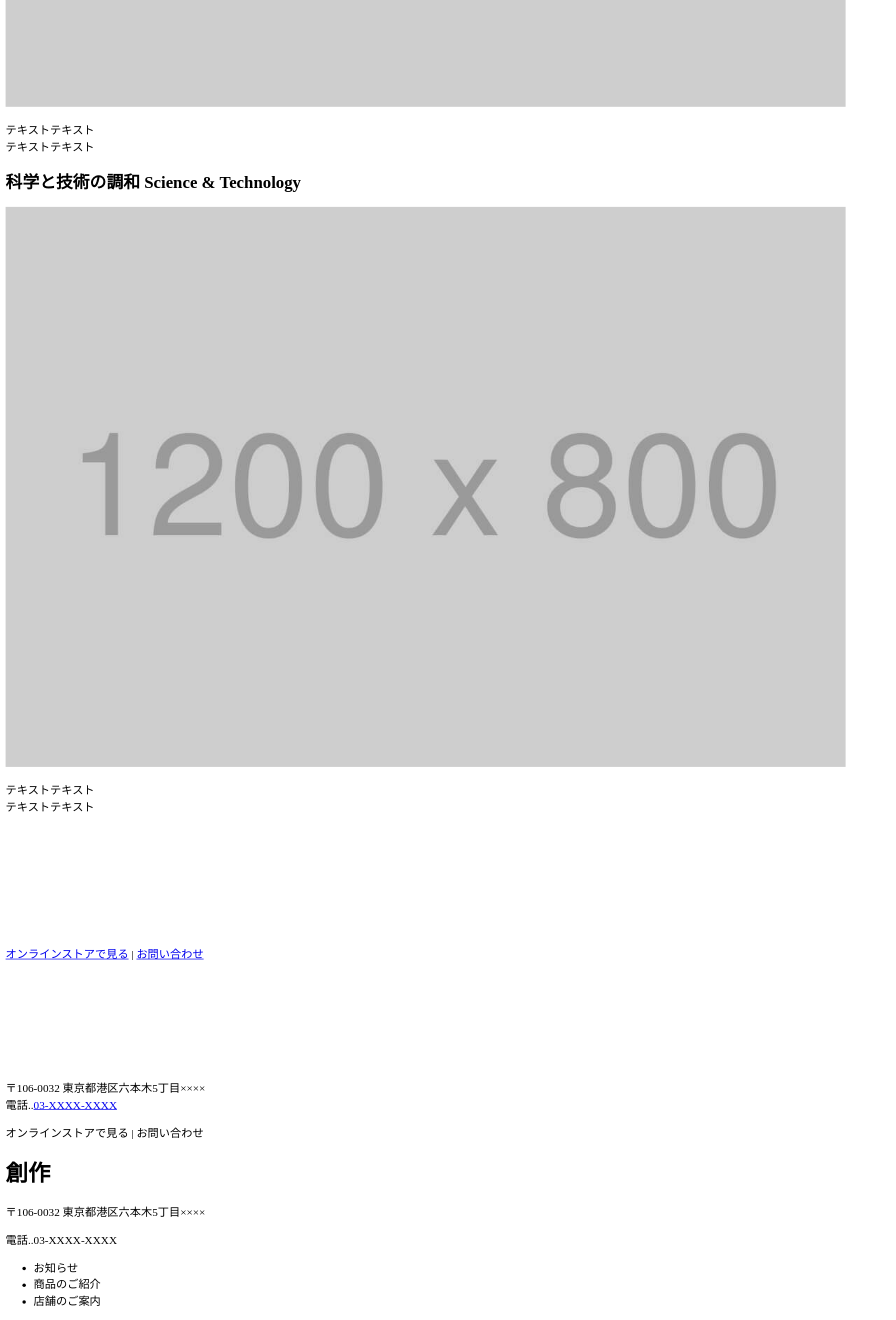
Repository: Fuki-san/wagashi
Page: http://localhost/wagashi
These files come from the project's save history. The page is drawn as it stood at one moment and after the next save; the edit follows.
The browser window is 1280 px wide. The pictures show the part of the page from y = 1301 to 3221 px (the page is 3187 px tall before and 3221 px after), at 70% of full size.
The page is served by the project's Laravel application, run on PHP 8.4 with Laravel 10. Other server files are loaded and not shown.

Above is the page before, as saved 2023-12-02 19:05:11.

### routes/web.php
<?php

use Illuminate\Support\Facades\Route;
use Spatie\FlareClient\View;

/*
|--------------------------------------------------------------------------
| Web Routes
|--------------------------------------------------------------------------
|
| Here is where you can register web routes for your application. These
| routes are loaded by the RouteServiceProvider and all of them will
| be assigned to the "web" middleware group. Make something great!
|
*/

Route::get('/', function () {
    return view('welcome');
});

Route::get('wagashi', function() {
    return View('wagashi');
})->name('wagashi');

### resources/views/wagashi.blade.php
@extends('layouts.main')

@section('title', 'wagashi')

@section('content')
    <header id="header">
        <h1 class="site-title"><a href="#"><img src="img/logo.svg" alt=""></a></h1>
        <nav id="nav">
            <ul>
                <li><a href="#news">お知らせ</a></li>
                <li><a href="#products1">商品のご紹介</a></li>
                <li><a href="#shop">店舗のご案内</a></li>
            </ul>
        </nav>
        <div class="onlinestore"><a href="#" target="_blank" rel="noopener noreferrer">オンラインストアで見る</a></div>
    </header>

    <main>
        <section id="news" class="wrapper">

            <h2 class="sec-title">
                <span class="en">News</span>
                <span class="ja">お知らせ</span>
            </h2>

            <dl class="list">
                <dt>2021.01.01</dt>
                <dd>タイトルタイトルタイトル</dd>
                <dt>2021.01.01</dt>
                <dd>タイトルタイトルタイトル</dd>
                <dt>2021.01.01</dt>
                <dd>タイトルタイトルタイトル</dd>
                <dt>2021.01.01</dt>
                <dd>タイトルタイトルタイトル</dd>
                <dt>2021.01.01</dt>
                <dd>タイトルタイトルタイトル</dd>
            </dl>
        </section>

        <section id="products1" class="wrapper">
            <h2 class="site-title">
                <span class="ja">新しい価値の創造</span>
                <span class="en">Create New Values</span>
            </h2>

            <div class="img">
                <img src="img/products1.jpg" alt="">
                <p class="text">テキストテキスト<br>テキストテキスト</p>
            </div>
        </section>

        <section id="products2" class="wrapper">
            <h2 class="sec-title">
                <span class="ja">科学と技術の調和</span>
                <span class="en">Science & Technology</span>
            </h2>
            <div class="img">
                <img src="img/products2.jpg" alt="">
                <p class="text">テキストテキスト<br>テキストテキスト</p>
            </div>
        </section>

        <div id="shop">
            <iframe src="" frameborder="0"></iframe>
        </div>

    </main>

    <footer id="footer">

        <div class="inner">
            <div class="left">
                <p><a href="#" target="_blank">オンラインストアで見る</a> | <a href="mailto:xxxx@gmail.com">お問い合わせ</a></p>
            </div>
            <div class="right">
                <div class="logo"><img src="img/logo.svg" alt=""></div>
                <p class="info">
                    〒106-0032 東京都港区六本木5丁目××××<br>
                    電話..<a href="tel:03-XXXX-XXXX">03-XXXX-XXXX</a>
                </p>
                <ul class="menu"></ul>
            </div>
        </div>


        <div class="flex">
            <div>オンラインストアで見る | お問い合わせ</div>
            <div class="nav">
                <h1 class="site-title">創作</h1>
                <p>〒106-0032 東京都港区六本木5丁目××××</p>
                <p>電話..03-XXXX-XXXX</p>
                <nav>
                    <ul>
                        <li>お知らせ</li>
                        <li>商品のご紹介</li>
                        <li>店舗のご案内</li>
                    </ul>
                </nav>
            </div>
        </div>
    </footer>

@endsection

### resources/views/layouts/main.blade.php
<!DOCTYPE html>
<html lang="ja">
<head>
    <meta charset="UTF-8">
    <meta name="viewport" content="width=device-width, initial-scale=1.0">
    <meta http-equiv="X-UA-Compatible" content="ie=edge">
    <link rel="stylesheet" href="{{ asset('css/reset.css') }}">
    <link rel="stylesheet" href="{{ asset('css/style.css') }}">
    <link rel="icon" href="img/favicon.ico">
    <title>@yield('title')</title>
</head>
<body>
    @yield('content')
</body>
</html>

### public/img/logo.svg
<?xml version="1.0" encoding="utf-8"?>
<!-- Generator: Adobe Illustrator 15.1.0, SVG Export Plug-In . SVG Version: 6.00 Build 0)  -->
<!DOCTYPE svg PUBLIC "-//W3C//DTD SVG 1.1//EN" "http://www.w3.org/Graphics/SVG/1.1/DTD/svg11.dtd">
<svg version="1.1" id="レイヤー_1" xmlns="http://www.w3.org/2000/svg" xmlns:xlink="http://www.w3.org/1999/xlink" x="0px"
	 y="0px" width="57.4775391px" height="131.578125px" viewBox="0 0 57.4775391 131.578125"
	 style="enable-background:new 0 0 57.4775391 131.578125;" xml:space="preserve">
<style type="text/css">
<![CDATA[
	.st0{fill:#FFFFFF;}
]]>
</style>
<g>
	<path class="st0" d="M28.3789063,35.8789063l6.5400391,4.859375c-0.3603516,0.4804688-1.2001953,1.0800781-2.3398438,1.2607422
		v12.0595703c-0.0605469,0.359375-3.4199219,1.5-5.5195313,1.5h-1.0800781v-3.6601563H15.2998047v2.6992188
		c0,0.4208984-1.9199219,1.8007813-5.1601563,1.8007813H9.0595703v-10.5
		c-1.7392578,3.2402344-4.2597656,6.2998047-7.9189453,8.8798828l-0.6005859-0.6005859c5.5205078-8.21875,6-18.4785156,6-26.7587891
		v-9.1191406c-1.9199219,1.3798828-3.9599609,2.5800781-6.0595703,3.6591797L0,21.4199219
		C6.1796875,15.6601563,11.3994141,6.4199219,13.5,0l9.7197266,1.9804688
		c-0.2402344,0.7197266-0.7802734,1.0800781-2.3398438,1.3193359c20.5185547,3.7207031,13.3789063,15.9599609,7.9189453,11.8798828
		c-0.9599609-3.4199219-4.0195313-7.9794922-8.5195313-11.2792969c-2.0400391,3.1796875-4.7392578,6.5390625-7.9794922,9.6591797
		H19.5l2.9990234-3.8398438c0,0,3.4804688,2.6396484,5.5800781,4.5595703
		c-0.1796875,0.6601563-0.7802734,0.9609375-1.6201172,0.9609375H11.7001953l-0.2402344-0.9003906
		c-1.1396484,1.0195313-2.3398438,2.0400391-3.5400391,2.9394531l6,2.2207031h10.9189453l3.0605469-3.3603516L34.4384766,21
		c-0.359375,0.4794922-1.2597656,1.0195313-2.4599609,1.3193359v11.9394531
		c-0.0595703,0.3603516-3.359375,1.5605469-5.4589844,1.5605469h-1.0800781v-1.8007813H12.5400391
		C12.4199219,35.21875,12.2402344,36.4189453,12,37.6787109l4.0800781,1.5595703h9.2988281L28.3789063,35.8789063z
		 M25.4394531,32.3388672v-4.6796875H12.8994141c0,1.4404297-0.0595703,3-0.1796875,4.6796875H25.4394531z M12.8994141,21.1796875
		v4.7998047h12.5400391v-4.7998047H12.8994141z M25.9794922,50.1582031v-9.2392578H15.2998047v9.2392578H25.9794922z
		 M43.2587891,41.7587891c0,0.6601563-2.6396484,1.859375-4.9199219,1.859375h-1.1396484V5.2197266L45.2988281,6
		c-0.1201172,0.7802734-0.6005859,1.3203125-2.0400391,1.5605469V41.7587891z M56.7578125,2.1005859
		C56.578125,3,55.9785156,3.6005859,54.5380859,3.7802734v44.8183594c0,4.6796875-0.9599609,7.3193359-8.4599609,8.0390625
		c-0.1796875-2.0996094-0.4794922-3.6591797-1.3798828-4.7392578c-0.9599609-1.0205078-2.2197266-1.7998047-5.0996094-2.2197266
		v-0.8408203c0,0,5.9394531,0.3603516,7.2001953,0.3603516c0.9599609,0,1.2597656-0.2998047,1.2597656-1.0800781V1.2001953
		L56.7578125,2.1005859z"/>
	<path class="st0" d="M17.4599609,94.0800781c-0.1806641,0.5390625-0.7207031,0.9589844-1.8603516,1.1992188v34.2587891
		c-0.1201172,0.5400391-3,2.0400391-5.7597656,2.0400391H8.5195313v-31.3789063
		c-2.3994141,2.7597656-4.9794922,5.1601563-7.7392578,7.2001953l-0.7197266-0.5400391
		c5.3398438-7.5,10.9189453-19.6796875,13.9189453-31.6787109l9.5400391,3.1796875
		c-0.2998047,0.7802734-1.0800781,1.2597656-2.4003906,1.2001953c-2.0400391,4.859375-4.3798828,9.2988281-6.9589844,13.3193359
		L17.4599609,94.0800781z M39.9589844,89.7597656v11.0996094h4.7998047l3.6591797-4.7998047
		c0,0,4.140625,3.2998047,6.7197266,5.5800781c-0.1796875,0.6591797-0.8398438,0.9599609-1.6796875,0.9599609H39.9589844v11.3388672
		h5.1591797l4.0205078-5.2197266c0,0,4.4394531,3.5400391,7.1992188,5.9404297
		c-0.1796875,0.6591797-0.8398438,0.9599609-1.7402344,0.9599609H39.9589844v14.0390625
		c0,0.4199219-2.2207031,1.859375-5.9404297,1.859375h-1.3193359V89.7597656h-1.4404297
		c-3.8994141,5.8798828-8.3994141,10.6796875-13.4394531,14.2792969l-0.6601563-0.4794922
		c4.6201172-6.7802734,9.6601563-17.6992188,12.3603516-28.3193359l9.6591797,3.4199219
		c-0.2998047,0.7802734-1.0800781,1.2597656-2.4599609,1.1396484c-1.3798828,2.9404297-2.8203125,5.7597656-4.4394531,8.3398438
		h14.0996094l3.9589844-5.1591797c0,0,4.4404297,3.4794922,7.1396484,5.8193359
		c-0.1796875,0.6601563-0.8398438,0.9599609-1.6796875,0.9599609H39.9589844z"/>
</g>
</svg>

Loaded but not shown: public/css/style.css (no copy from this time; the picture is the same without it)

After the next save:
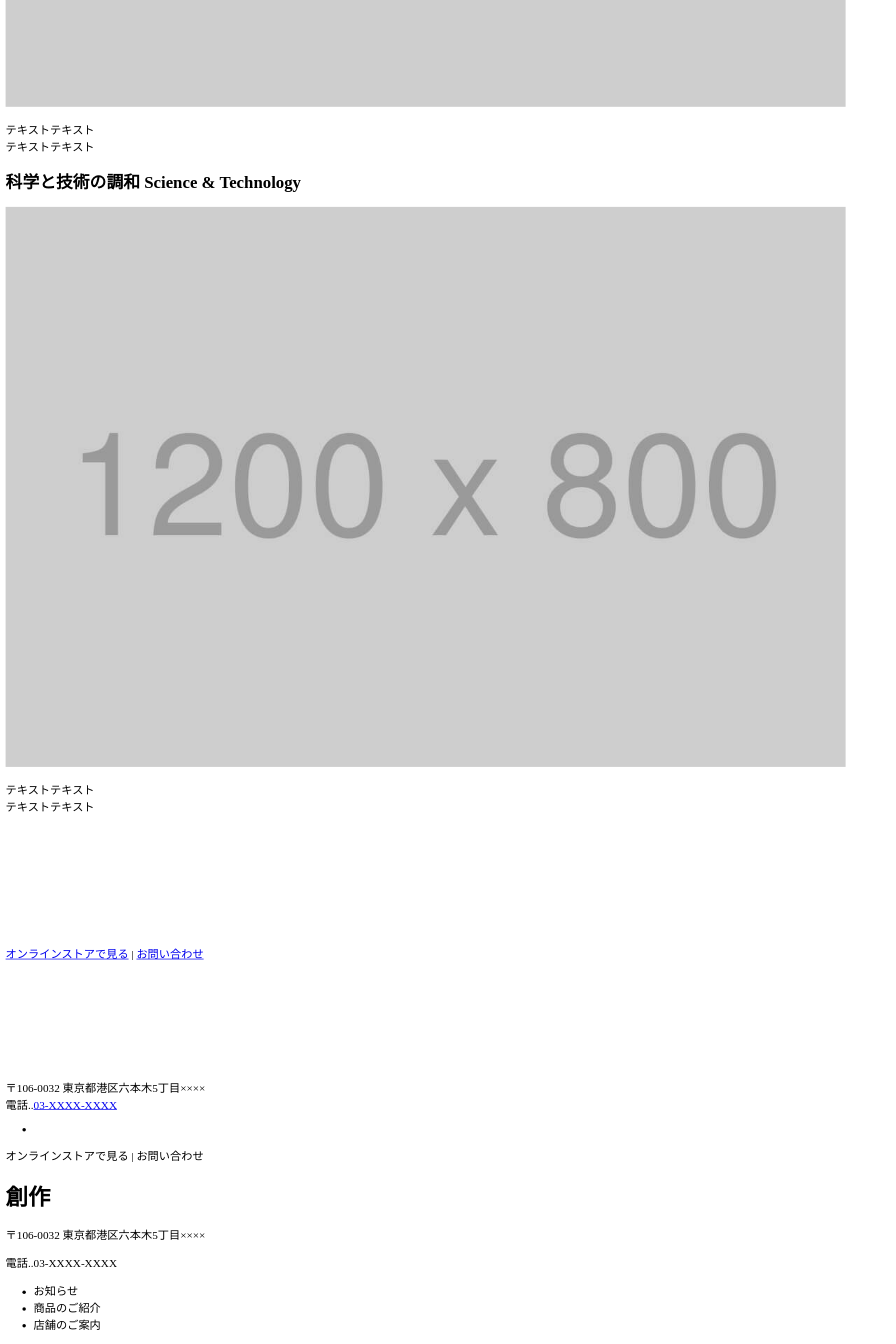
Saved 10 s later.
--- a/resources/views/wagashi.blade.php
+++ b/resources/views/wagashi.blade.php
@@ -78,7 +78,9 @@
                     〒106-0032 東京都港区六本木5丁目××××<br>
                     電話..<a href="tel:03-XXXX-XXXX">03-XXXX-XXXX</a>
                 </p>
-                <ul class="menu"></ul>
+                <ul class="menu">
+                    <li></li>
+                </ul>
             </div>
         </div>
 
